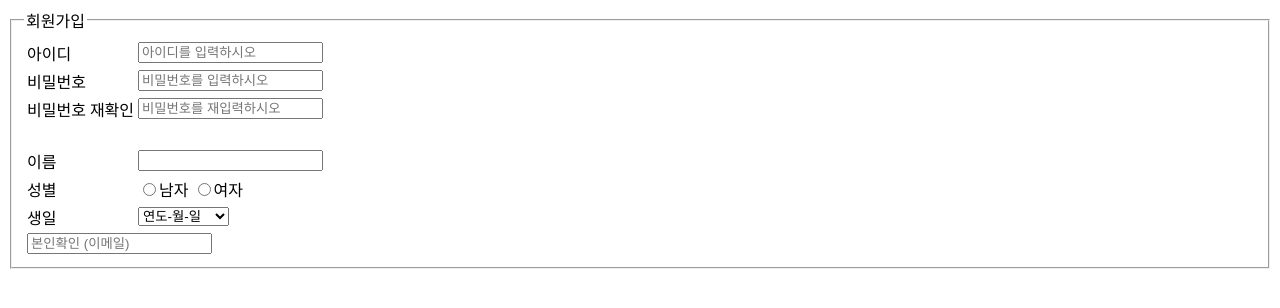
Repository: Scoobi-wisdoom/web
Page: d011/web/register.html
These files come from the project's save history. The page is drawn as it stood at one moment and after the next save; the edit follows.
The browser window is 1280 px wide. The pictures show the whole page.

Above is the page before, as saved 2020-08-05 08:42:07.

After the next save:
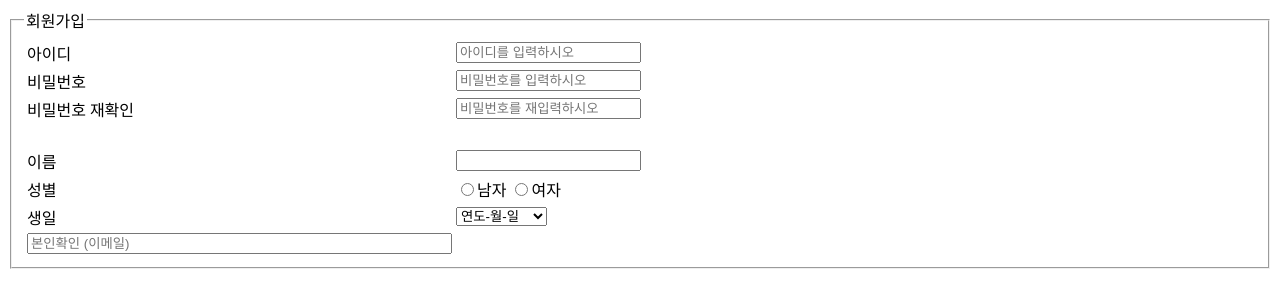
Saved 21 s later.
--- a/d011/web/register.html
+++ b/d011/web/register.html
@@ -67,8 +67,8 @@
 					</select>
 			</tr>
 			<tr>
-				<td colspan="3">
-					<input type="text" name="email" placeholder="본인확인 (이메일)">
+				<td>
+					<input type="text" name="email" placeholder="본인확인 (이메일)" size="50">
 				</td>
 			</tr>
 
